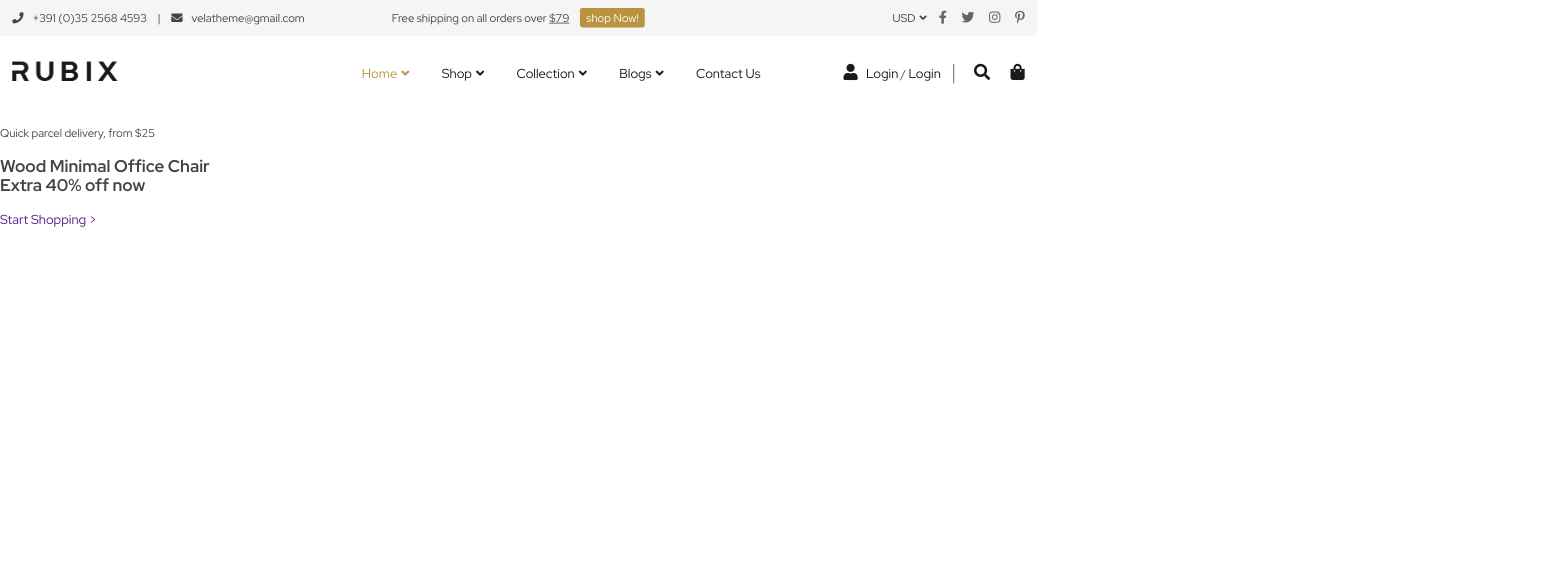
Repository: ldminh95/Gin-velademo
Page: index.html
The author's editor kept a copy of each file at every save. The page is drawn from the files as they stood at one save, then again after the next save.
The browser window is 1280 px wide. The page is 1280 px wide, then 1920 px, so the pictures cover 1920 px, including what lies to the right of the window. The pictures show the whole page, at 81% of full size.
The style sheet was rebuilt from its Sass, Less or Tailwind sources for each picture, by a compiler version that may differ from the author's.

Above is the page before, as saved 2023-05-28 09:25:06.

After the next save:
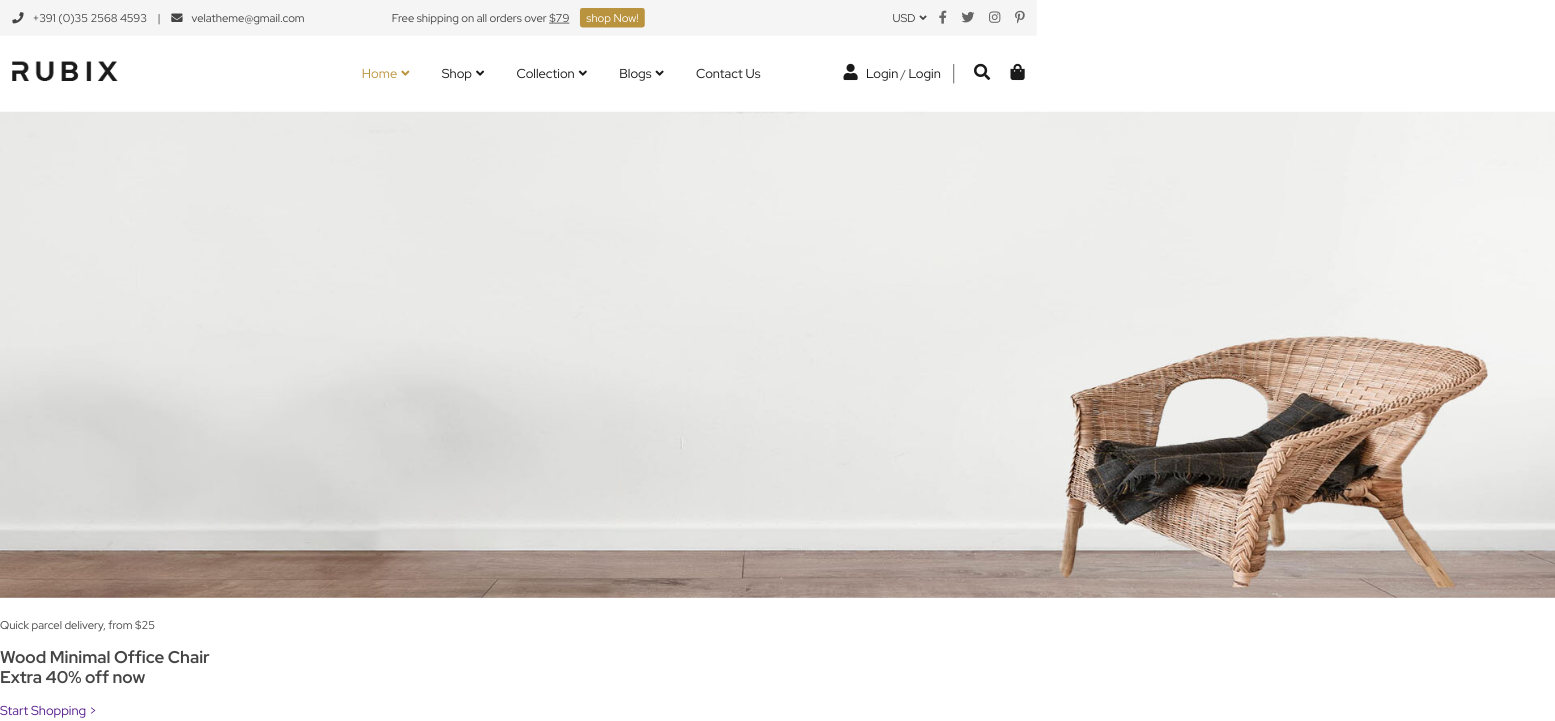
Saved 35 min 40 s later.
--- a/index.html
+++ b/index.html
@@ -130,7 +130,9 @@
         <div class="MainContent">
             <div class="gin_slideshow">
                 <div class="slide_item">
-                    <div class="slide_item-bg"></div>
+                    <div class="slide_item-bg">
+                        <img src="./images/index_bg01.jpg" alt="">
+                    </div>
                     <div class="wrapper">
                         <div class="slide_item-content">
                             <p>Quick parcel delivery, <span>from $25</span></p>
